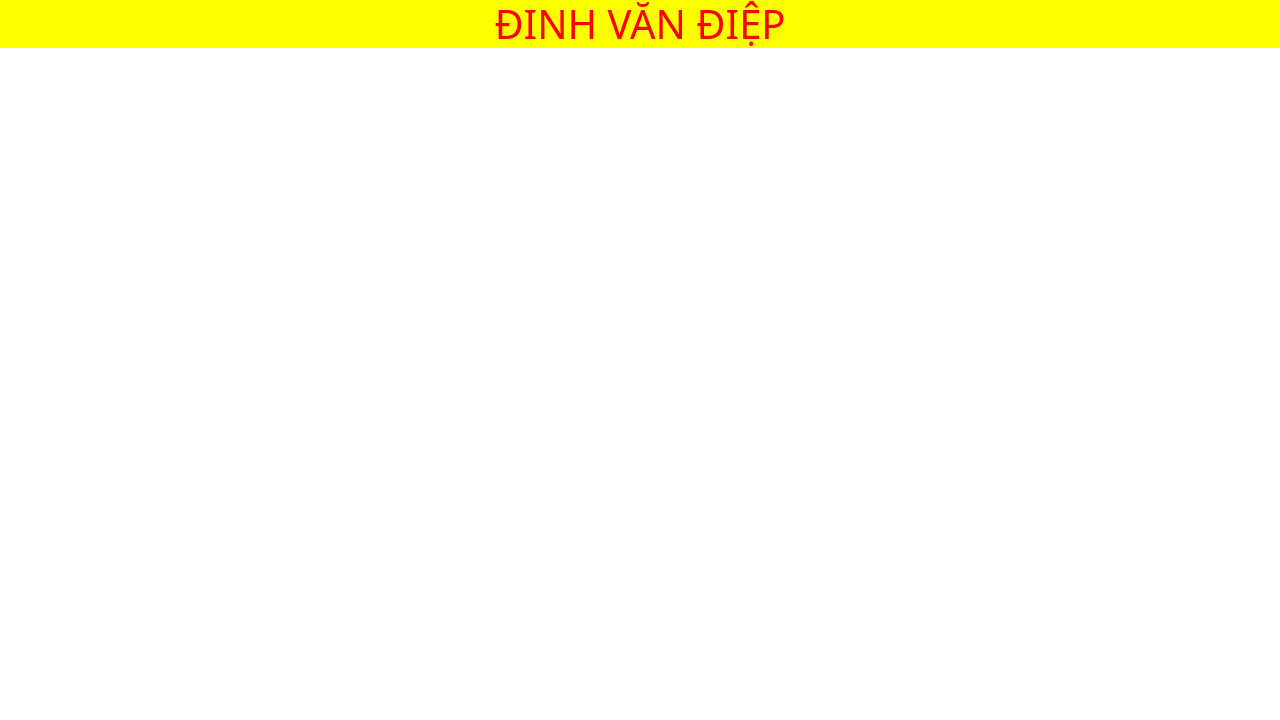
Repository: diephn/Python
Page: eclipse-workspace/JAVA/src/main/webapp/bt1.html
These files come from the project's save history. The page is drawn as it stood at one moment and after the next save; the edit follows.
The browser window is 1280 px wide. The pictures show the whole page.

Above is the page before, as saved 2025-05-08 03:40:21.

After the next save:
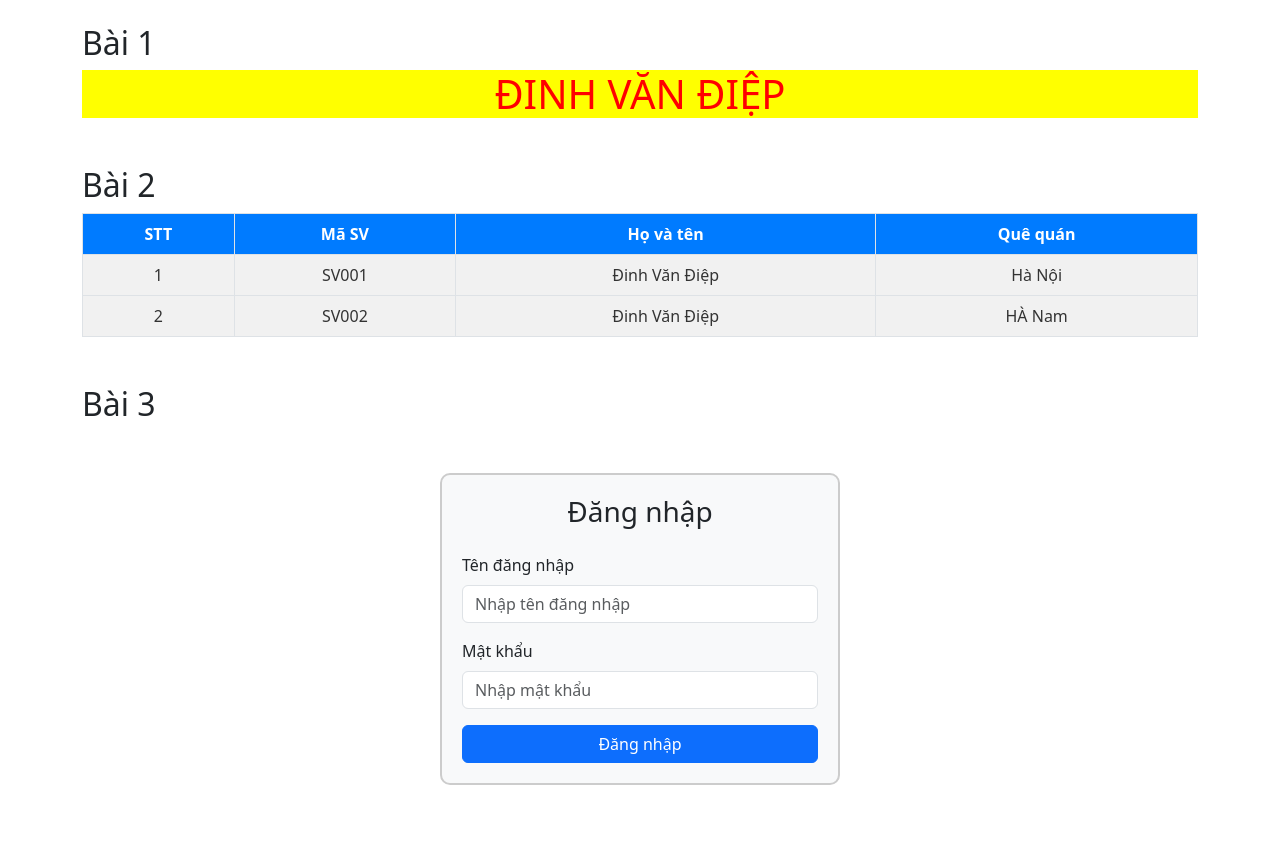
Saved 5 min 57 s later.
--- a/eclipse-workspace/JAVA/src/main/webapp/bt1.html
+++ b/eclipse-workspace/JAVA/src/main/webapp/bt1.html
@@ -2,36 +2,94 @@
 <html lang="vi">
 <head>
     <meta charset="UTF-8">
-    <title>Bài 1 - HTML CSS</title>
+    <title>Bài tập HTML + Bootstrap</title>
 
     <!-- Nhúng Bootstrap -->
     <link href="https://cdn.jsdelivr.net/npm/bootstrap@5.3.0/dist/css/bootstrap.min.css" rel="stylesheet">
 
     <style>
-        /* Class căn giữa chữ */
+        /* Bài 1 */
         .center-text {
             text-align: center;
         }
-
-        /* Class chuyển chữ thành chữ hoa */
         .uppercase {
             text-transform: uppercase;
         }
-
-        /* Class đổi màu chữ */
         .text-red {
             color: red;
         }
-
-        /* Class đổi màu nền */
         .bg-yellow {
             background-color: yellow;
         }
+
+        /* Bài 2 - thiết kế bảng */
+        .table-custom th {
+            background-color: #007bff;
+            color: white;
+        }
+        .table-custom td {
+            background-color: #f1f1f1;
+            color: #333;
+        }
+
+        /* Bài 3 - form đăng nhập */
+        .login-form {
+            max-width: 400px;
+            margin: 50px auto;
+            padding: 20px;
+            border: 2px solid #ccc;
+            border-radius: 10px;
+            background-color: #f8f9fa;
+        }
     </style>
 </head>
-<body>
+<body class="container py-4">
 
-    <!-- Họ tên trong thẻ h1 -->
+    <!-- Bài 1 -->
+    <h2>Bài 1</h2>
     <h1 class="center-text uppercase text-red bg-yellow">Đinh Văn Điệp</h1>
+
+    <!-- Bài 2 -->
+    <h2 class="mt-5">Bài 2</h2>
+    <table class="table table-bordered table-custom text-center">
+        <thead>
+            <tr>
+                <th>STT</th>
+                <th>Mã SV</th>
+                <th>Họ và tên</th>
+                <th>Quê quán</th>
+            </tr>
+        </thead>
+        <tbody>
+            <tr>
+                <td>1</td>
+                <td>SV001</td>
+                <td>Đinh Văn Điệp</td>
+                <td>Hà Nội</td>
+            </tr>
+            <tr>
+                <td>2</td>
+                <td>SV002</td>
+                <td>Đinh Văn Điệp</td>
+                <td>HÀ Nam</td>
+            </tr>
+        </tbody>
+    </table>
+
+    <!-- Bài 3 -->
+    <h2 class="mt-5">Bài 3</h2>
+    <form class="login-form">
+        <h3 class="text-center mb-4">Đăng nhập</h3>
+        <div class="mb-3">
+            <label for="username" class="form-label">Tên đăng nhập</label>
+            <input type="text" id="username" class="form-control" placeholder="Nhập tên đăng nhập">
+        </div>
+        <div class="mb-3">
+            <label for="password" class="form-label">Mật khẩu</label>
+            <input type="password" id="password" class="form-control" placeholder="Nhập mật khẩu">
+        </div>
+        <button type="submit" class="btn btn-primary w-100">Đăng nhập</button>
+    </form>
+
 </body>
 </html>
